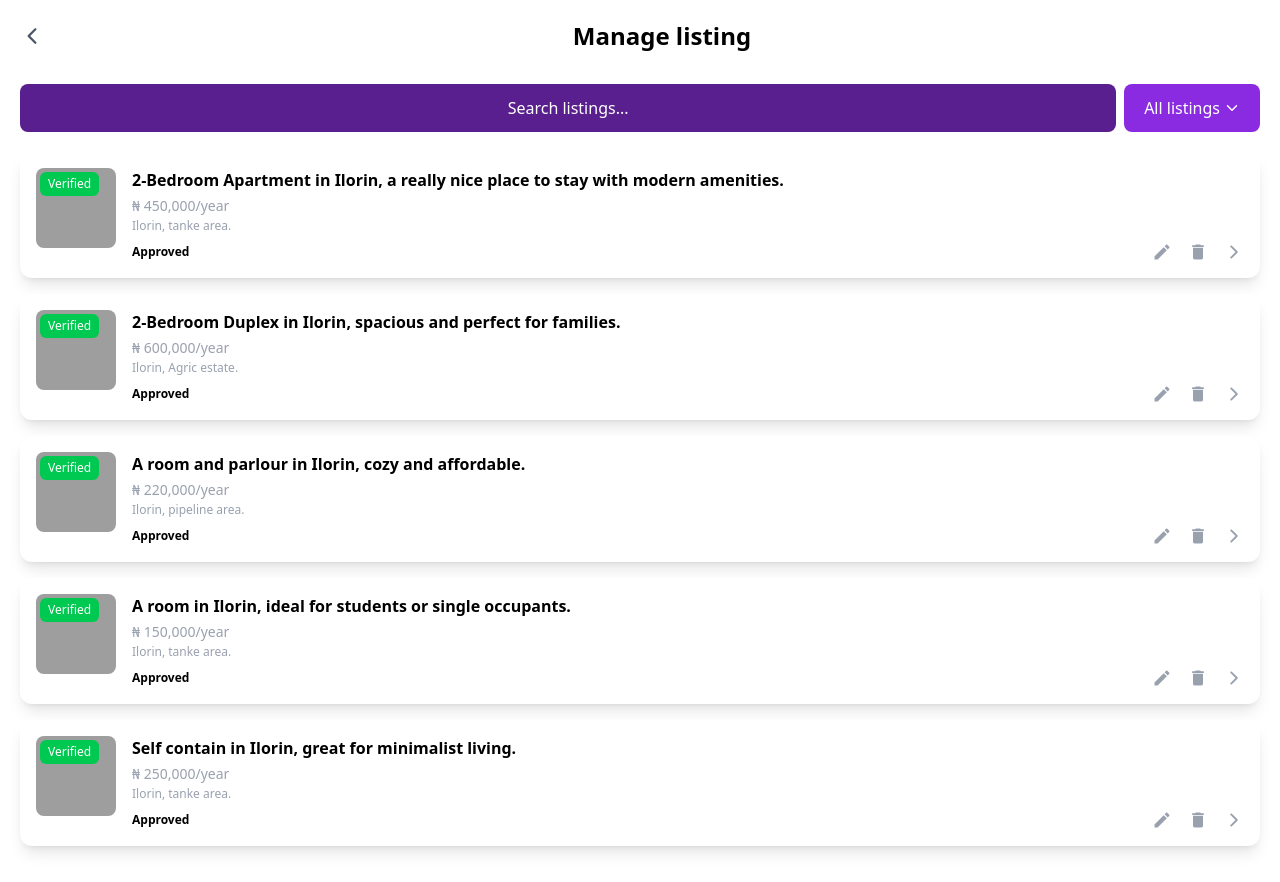
Repository: Em-driod/spotify-clone
Page: /Manage
An editor plug-in stored every save of this project. The page is shown before and after the next save, followed by the edit.
The browser window is 1280 px wide. The pictures show the whole page.
Pictures or frames that could not be fetched are drawn as grey boxes. The project was rebuilt for these pictures with package versions that can differ from the ones it lists, and the page was loaded fresh each time. Also part of the build but not shown: vite.config.ts, src/pages/veryify.tsx, src/pages/LandingPage.tsx, src/pages/Back.tsx, src/pages/Change.tsx, src/pages/onboard.tsx, src/pages/Skips.tsx, src/pages/Otp.tsx and 6 more.

Above is the page before, as saved 2025-07-09 17:05:13.

After the next save:
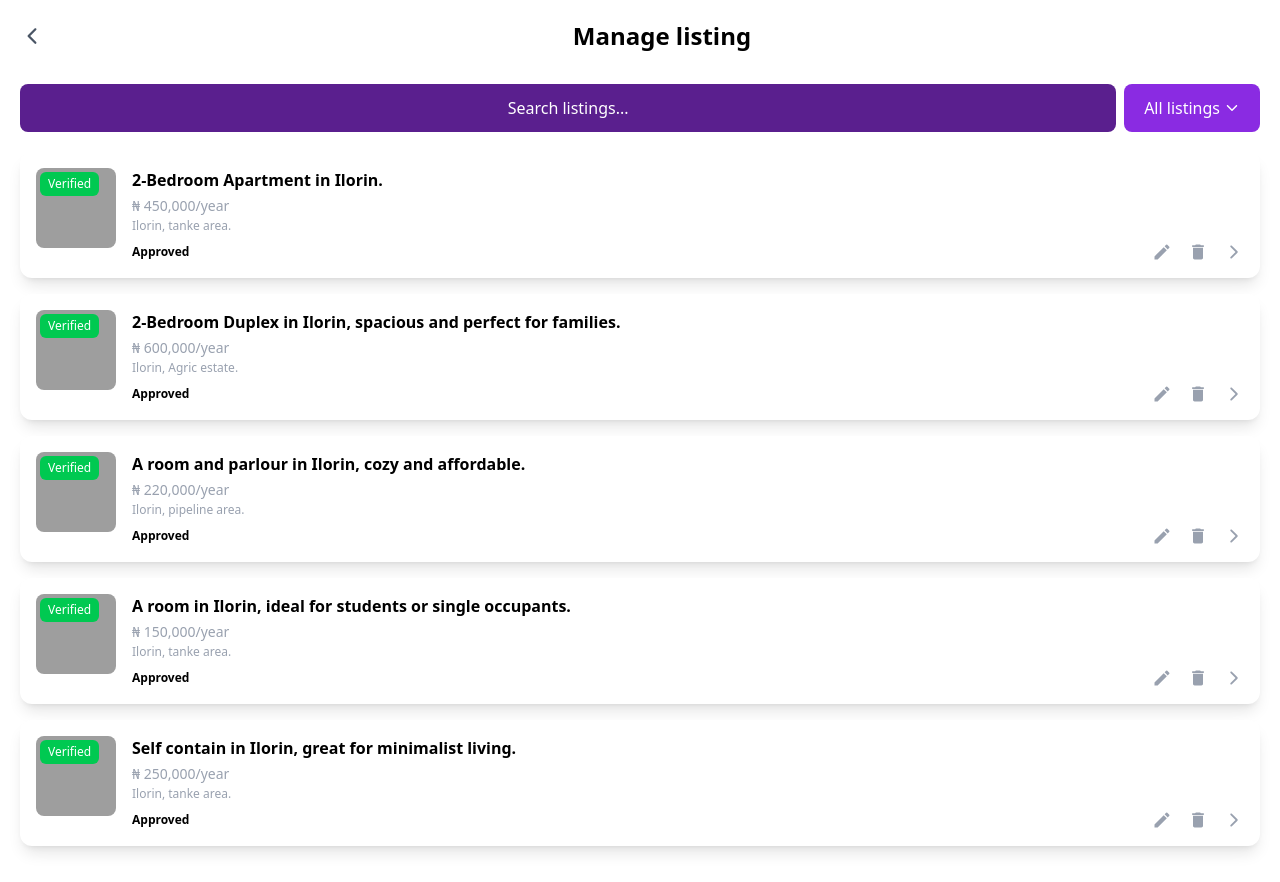
Saved 110 s later.
--- a/src/pages/Manage.tsx
+++ b/src/pages/Manage.tsx
@@ -6,7 +6,7 @@ const Manage = () => {
     {
       id: 1,
       image: '/path/to/your/bedroom-apartment.png', // Replace with actual image paths
-      type: '2-Bedroom Apartment in Ilorin, a really nice place to stay with modern amenities.',
+      type: '2-Bedroom Apartment in Ilorin.',
       price: '₦ 450,000/year',
       location: 'Ilorin, tanke area.',
       status: 'Approved',
